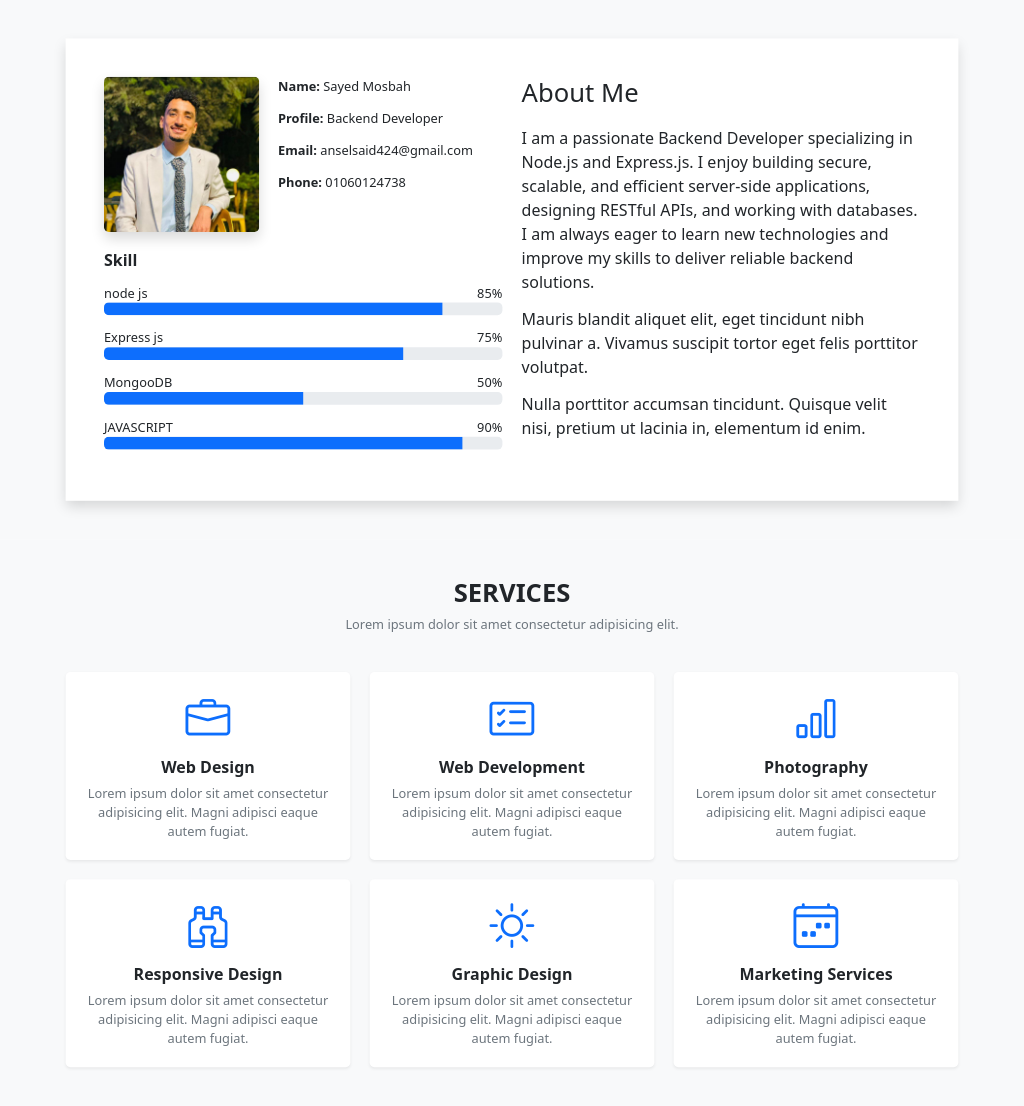
Repository: SayedMosb/protoflio_Bootstrap
Page: test.html
The author's editor kept a copy of each file at every save. The page is drawn from the files as they stood at one save, then again after the next save.
The browser window is 1280 px wide. The pictures show the whole page, at 80% of full size.

Above is the page before, as saved 2026-10-12 00:26:33.

### test.html

<!DOCTYPE html>
<html lang="en">

<head>
    <meta charset="UTF-8">
    <meta name="viewport" content="width=device-width, initial-scale=1.0">
    <title>DevFolio</title>

    <!-- Bootstrap -->
    <link href="https://cdn.jsdelivr.net/npm/bootstrap@5.3.3/dist/css/bootstrap.min.css" rel="stylesheet">

    <!-- Bootstrap Icons -->
    <link rel="stylesheet" href="https://cdn.jsdelivr.net/npm/bootstrap-icons@1.11.3/font/bootstrap-icons.min.css">

</head>

<body>

    <!-- About Section -->
    <section id="about" class="py-5 bg-light">

        <div class="container">

            <div class="row">

                <div class="col-12">

                    <div class="bg-white shadow p-4 p-md-5">

                        <div class="row">

                            <!-- First Column -->
                            <div class="col-md-6">

                                <div class="row">

                                    <div class="col-sm-6 col-md-5">

                                        <img src="../my image finally.jpeg"
                                             class="img-fluid rounded shadow"
                                             alt="Profile">

                                    </div>

                                    <div class="col-sm-6 col-md-7">

                                        <p>
                                            <strong>Name:</strong>
                                            Sayed Mosbah
                                        </p>

                                        <p>
                                            <strong>Profile:</strong>
                                            Backend  Developer
                                        </p>

                                        <p>
                                            <strong>Email:</strong>
                                           anselsaid424@gmail.com
                                        </p>

                                        <p>
                                            <strong>Phone:</strong>
                                           01060124738
                                        </p>

                                    </div>

                                </div>

                                <!-- Skills -->
                                <div class="mt-4">

                                    <h5 class="fw-bold mb-3">Skill</h5>

                                    <div class="mb-3">

                                        <div class="d-flex justify-content-between">
                                            <span>node js</span>
                                            <span>85%</span>
                                        </div>

                                        <div class="progress">
                                            <div class="progress-bar" style="width: 85%"></div>
                                        </div>

                                    </div>

                                    <div class="mb-3">

                                        <div class="d-flex justify-content-between">
                                            <span>Express js</span>
                                            <span>75%</span>
                                        </div>

                                        <div class="progress">
                                            <div class="progress-bar" style="width: 75%"></div>
                                        </div>

                                    </div>

                                    <div class="mb-3">

                                        <div class="d-flex justify-content-between">
                                            <span>MongooDB</span>
                                            <span>50%</span>
                                        </div>

                                        <div class="progress">
                                            <div class="progress-bar" style="width: 50%"></div>
                                        </div>

                                    </div>

                                    <div class="mb-3">

                                        <div class="d-flex justify-content-between">
                                            <span>JAVASCRIPT</span>
                                            <span>90%</span>
                                        </div>

                                        <div class="progress">
                                            <div class="progress-bar" style="width: 90%"></div>
                                        </div>

                                    </div>

                                </div>

                            </div>

                            <!-- Second Column -->
                            <div class="col-md-6">

                                <div class="pt-4 pt-md-0">

                                    <h2 class="mb-4">About Me</h2>

                                    <p class="lead">
                                       I am a passionate Backend Developer specializing in Node.js and Express.js. I enjoy building secure, scalable, and efficient server-side applications, designing RESTful APIs, and working with databases. I am always eager to learn new technologies and improve my skills to deliver reliable backend solutions.

                                    </p>

                                    <p class="lead">
                                        Mauris blandit aliquet elit, eget tincidunt
                                        nibh pulvinar a. Vivamus suscipit tortor
                                        eget felis porttitor volutpat.
                                    </p>

                                    <p class="lead">
                                        Nulla porttitor accumsan tincidunt.
                                        Quisque velit nisi, pretium ut lacinia
                                        in, elementum id enim.
                                    </p>

                                </div>

                            </div>

                        </div>

                    </div>

                </div>

            </div>

        </div>

    </section>


    <!-- Services Section -->
    <section class="py-5 bg-light">

        <div class="container">

            <!-- Section Title -->
            <div class="text-center mb-5">

                <h2 class="fw-bold">SERVICES</h2>

                <p class="text-secondary">
                    Lorem ipsum dolor sit amet consectetur adipisicing elit.
                </p>

            </div>

            <div class="row g-4">

                <!-- Service 1 -->
                <div class="col-md-4">

                    <div class="card text-center border-0 shadow-sm h-100 p-4">

                        <div class="mb-3">
                            <i class="bi bi-briefcase display-4 text-primary"></i>
                        </div>

                        <h5 class="card-title fw-bold">Web Design</h5>

                        <p class="card-text text-secondary">
                            Lorem ipsum dolor sit amet consectetur adipisicing elit.
                            Magni adipisci eaque autem fugiat.
                        </p>

                    </div>

                </div>

                <!-- Service 2 -->
                <div class="col-md-4">

                    <div class="card text-center border-0 shadow-sm h-100 p-4">

                        <div class="mb-3">
                            <i class="bi bi-card-checklist display-4 text-primary"></i>
                        </div>

                        <h5 class="card-title fw-bold">Web Development</h5>

                        <p class="card-text text-secondary">
                            Lorem ipsum dolor sit amet consectetur adipisicing elit.
                            Magni adipisci eaque autem fugiat.
                        </p>

                    </div>

                </div>

                <!-- Service 3 -->
                <div class="col-md-4">

                    <div class="card text-center border-0 shadow-sm h-100 p-4">

                        <div class="mb-3">
                            <i class="bi bi-bar-chart display-4 text-primary"></i>
                        </div>

                        <h5 class="card-title fw-bold">Photography</h5>

                        <p class="card-text text-secondary">
                            Lorem ipsum dolor sit amet consectetur adipisicing elit.
                            Magni adipisci eaque autem fugiat.
                        </p>

                    </div>

                </div>

                <!-- Service 4 -->
                <div class="col-md-4">

                    <div class="card text-center border-0 shadow-sm h-100 p-4">

                        <div class="mb-3">
                            <i class="bi bi-binoculars display-4 text-primary"></i>
                        </div>

                        <h5 class="card-title fw-bold">Responsive Design</h5>

                        <p class="card-text text-secondary">
                            Lorem ipsum dolor sit amet consectetur adipisicing elit.
                            Magni adipisci eaque autem fugiat.
                        </p>

                    </div>

                </div>

                <!-- Service 5 -->
                <div class="col-md-4">

                    <div class="card text-center border-0 shadow-sm h-100 p-4">

                        <div class="mb-3">
                            <i class="bi bi-brightness-high display-4 text-primary"></i>
                        </div>

                        <h5 class="card-title fw-bold">Graphic Design</h5>

                        <p class="card-text text-secondary">
                            Lorem ipsum dolor sit amet consectetur adipisicing elit.
                            Magni adipisci eaque autem fugiat.
                        </p>

                    </div>

                </div>

                <!-- Service 6 -->
                <div class="col-md-4">

                    <div class="card text-center border-0 shadow-sm h-100 p-4">

                        <div class="mb-3">
                            <i class="bi bi-calendar4-week display-4 text-primary"></i>
                        </div>

                        <h5 class="card-title fw-bold">Marketing Services</h5>

                        <p class="card-text text-secondary">
                            Lorem ipsum dolor sit amet consectetur adipisicing elit.
                            Magni adipisci eaque autem fugiat.
                        </p>

                    </div>

                </div>

            </div>

        </div>

    </section>

 <div class="overlay-mf"></div>
    <script src="https://cdn.jsdelivr.net/npm/bootstrap@5.3.3/dist/js/bootstrap.bundle.min.js"></script>

</body>
</html>

After the next save:
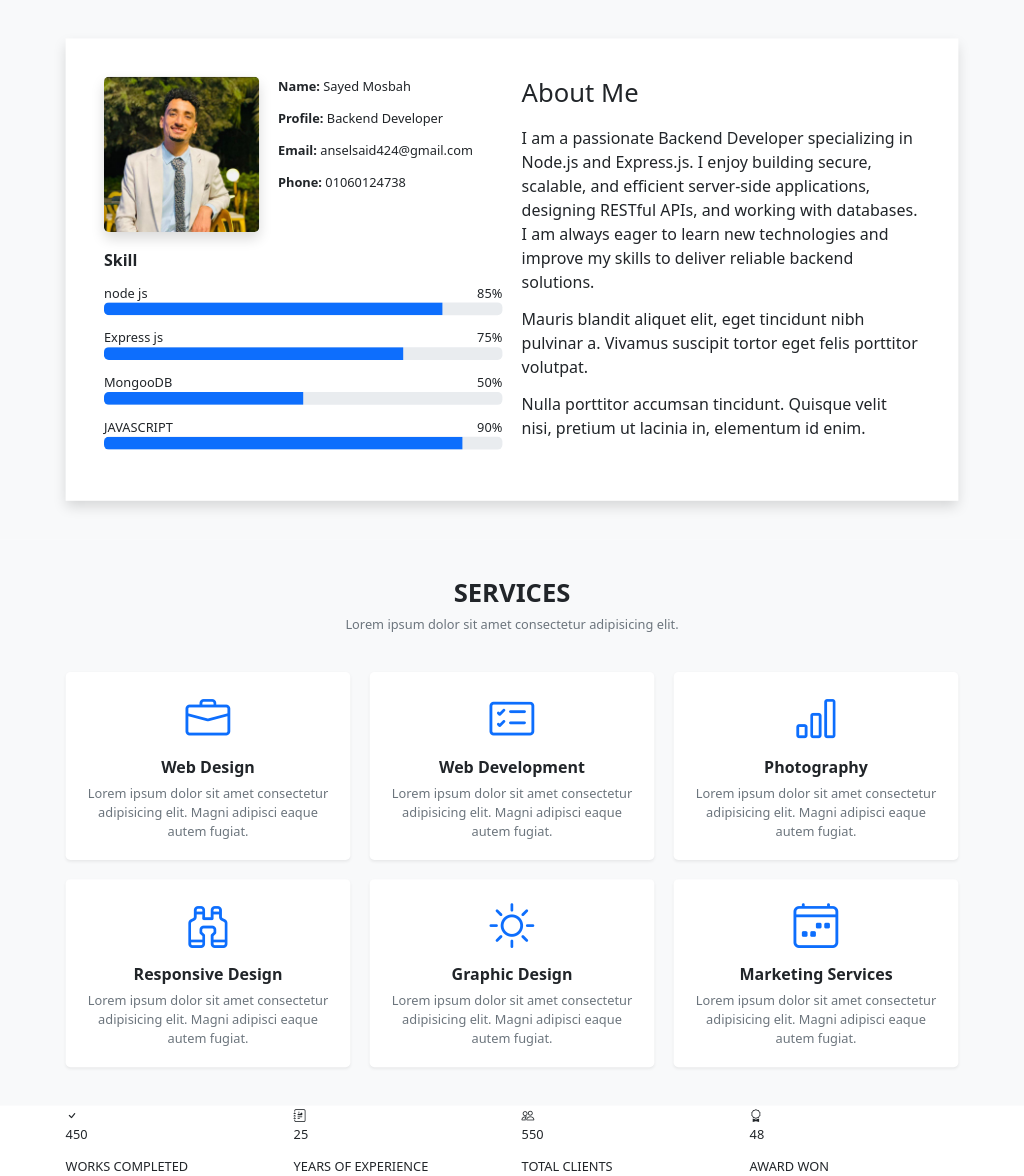
Saved 43 s later.
--- a/test.html
+++ b/test.html
@@ -316,6 +316,54 @@
     </section>
 
  <div class="overlay-mf"></div>
+ <div class="container position-relative">
+        <div class="row">
+          <div class="col-sm-3 col-lg-3">
+            <div class="counter-box counter-box pt-4 pt-md-0">
+              <div class="counter-ico">
+                <span class="ico-circle"><i class="bi bi-check"></i></span>
+              </div>
+              <div class="counter-num">
+                <p data-purecounter-start="0" data-purecounter-end="450" data-purecounter-duration="0" class="counter purecounter">450</p>
+                <span class="counter-text">WORKS COMPLETED</span>
+              </div>
+            </div>
+          </div>
+          <div class="col-sm-3 col-lg-3">
+            <div class="counter-box pt-4 pt-md-0">
+              <div class="counter-ico">
+                <span class="ico-circle"><i class="bi bi-journal-richtext"></i></span>
+              </div>
+              <div class="counter-num">
+                <p data-purecounter-start="0" data-purecounter-end="25" data-purecounter-duration="0" class="counter purecounter">25</p>
+                <span class="counter-text">YEARS OF EXPERIENCE</span>
+              </div>
+            </div>
+          </div>
+          <div class="col-sm-3 col-lg-3">
+            <div class="counter-box pt-4 pt-md-0">
+              <div class="counter-ico">
+                <span class="ico-circle"><i class="bi bi-people"></i></span>
+              </div>
+              <div class="counter-num">
+                <p data-purecounter-start="0" data-purecounter-end="550" data-purecounter-duration="0" class="counter purecounter">550</p>
+                <span class="counter-text">TOTAL CLIENTS</span>
+              </div>
+            </div>
+          </div>
+          <div class="col-sm-3 col-lg-3">
+            <div class="counter-box pt-4 pt-md-0">
+              <div class="counter-ico">
+                <span class="ico-circle"><i class="bi bi-award"></i></span>
+              </div>
+              <div class="counter-num">
+                <p data-purecounter-start="0" data-purecounter-end="48" data-purecounter-duration="0" class="counter purecounter">48</p>
+                <span class="counter-text">AWARD WON</span>
+              </div>
+            </div>
+          </div>
+        </div>
+      </div>
     <script src="https://cdn.jsdelivr.net/npm/bootstrap@5.3.3/dist/js/bootstrap.bundle.min.js"></script>
 
 </body>
